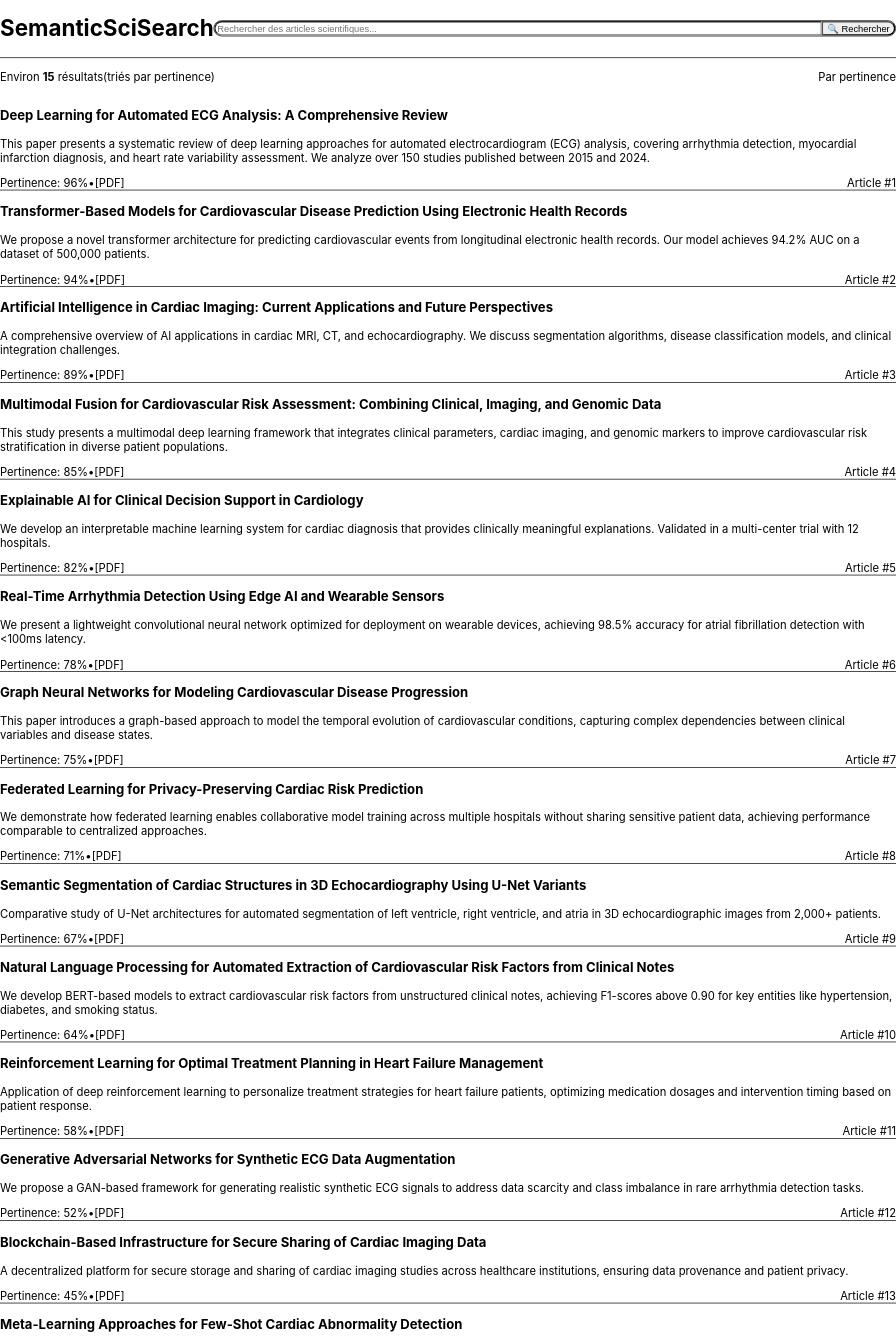
Repository: elh33/SemanticSciSearch
Page: / (app in frontend/)
The author's editor kept a copy of each file at every save. The page is drawn from the files as they stood at one save, then again after the next save.
The browser window is 1280 px wide. The pictures show the part of the page from y = 0 to 1920 px (the page is 2117 px tall before and 2657 px after), at 70% of full size.
The project was rebuilt for these pictures with package versions that can differ from the ones it lists, and the page was loaded fresh each time.

Above is the page before, as saved 2025-11-21 21:02:28.

### frontend/index.html
<!DOCTYPE html>
<html lang="en">
  <head>
    <meta charset="UTF-8" />
    <meta name="viewport" content="width=device-width, initial-scale=1.0" />
    <title>SemanticSciSearch</title>
  </head>
  <body>
    <div id="root"></div>
    <script type="module" src="/src/index.tsx"></script>
  </body>
</html>

### frontend/src/index.tsx
import React from 'react';
import ReactDOM from 'react-dom';
import App from './App';
import './index.css';

ReactDOM.render(
  <React.StrictMode>
    <App />
  </React.StrictMode>,
  document.getElementById('root')
);

### frontend/src/App.tsx
import React from 'react';
// Importe le composant de recherche principal
import SearchResults from './components/SearchResults';

// Le composant App.tsx est le conteneur principal de l'application.
function App() {
  return (
    // Utilisation d'un fragment React (<>...</>) ou d'un <div> si tu as des styles globaux
    <>
      {/* Le composant SearchResults contient maintenant :
        - Le titre et le sous-titre de l'application.
        - La barre de recherche.
        - L'orchestration de la logique (appels à api.ts).
        - L'affichage de la liste des ArticleCard.
      */}
      <SearchResults />
    </>
  );
}

export default App;

### frontend/src/components/SearchResults.tsx
import React, { useState, useEffect } from 'react';
import { Article } from '../types';
import { searchArticles } from '../services/api';
import ArticleCard from './ArticleCard';

const SearchResults: React.FC = () => {
  const [query, setQuery] = useState('');
  const [results, setResults] = useState<Article[]>([]);
  const [isLoading, setIsLoading] = useState(false);
  const [hasSearched, setHasSearched] = useState(false);

  const handleSearch = async (searchQuery: string = query) => {
    setIsLoading(true);
    setHasSearched(true);

    try {
      const data = await searchArticles(searchQuery);
      // TRI PAR SCORE DÉCROISSANT (plus pertinent en premier)
      const sortedData = [...data].sort((a, b) => b.score - a.score);
      setResults(sortedData);
    } catch (error) {
      console.error("Erreur lors de la recherche:", error);
      setResults([]);
    } finally {
      setIsLoading(false);
    }
  };

  // Recherche initiale au chargement
  useEffect(() => {
    handleSearch('');
  }, []);

  const handleSubmit = (e: React.FormEvent) => {
    e.preventDefault();
    handleSearch();
  };

  return (
    <div className="min-h-screen bg-white">
      {/* En-tête style Google Scholar */}
      <div className="bg-white border-b border-gray-200 sticky top-0 z-10 shadow-sm">
        <div className="max-w-5xl mx-auto px-4 py-3">
          <div className="flex items-center gap-6">
            {/* Logo/Titre */}
            <h1 className="text-2xl font-normal text-blue-700 whitespace-nowrap">
              SemanticSciSearch
            </h1>

            {/* Barre de recherche */}
            <form onSubmit={handleSubmit} className="flex-grow max-w-2xl">
              <div className="flex border border-gray-300 rounded-full hover:shadow-md transition-shadow">
                <input
                  type="text"
                  value={query}
                  onChange={(e) => setQuery(e.target.value)}
                  placeholder="Rechercher des articles scientifiques..."
                  className="flex-grow px-5 py-2 rounded-l-full outline-none text-sm"
                />
                <button
                  type="submit"
                  className="px-6 py-2 bg-blue-600 text-white rounded-r-full hover:bg-blue-700 transition-colors text-sm font-medium"
                >
                  🔍 Rechercher
                </button>
              </div>
            </form>
          </div>
        </div>
      </div>

      {/* Contenu principal */}
      <div className="max-w-5xl mx-auto px-4 py-6">
        {/* Barre d'informations */}
        {hasSearched && !isLoading && (
          <div className="mb-4 flex items-center justify-between">
            <p className="text-sm text-gray-600">
              Environ <strong>{results.length}</strong> résultat{results.length > 1 ? 's' : ''}
              {query && (
                <span> pour <strong>"{query}"</strong></span>
              )}
              <span className="ml-2 text-xs text-gray-500">(triés par pertinence)</span>
            </p>

            {/* Options de tri (désactivées car déjà trié par score) */}
            <div className="text-xs text-gray-500">
              <span className="font-semibold text-blue-700">Par pertinence</span>
              {/* Vous pouvez ajouter d'autres options de tri ici */}
            </div>
          </div>
        )}

        {/* Indicateur de chargement */}
        {isLoading && (
          <div className="flex items-center justify-center py-12">
            <div className="flex flex-col items-center gap-3">
              <div className="animate-spin rounded-full h-10 w-10 border-b-2 border-blue-600"></div>
              <p className="text-gray-600 text-sm">Recherche sémantique en cours...</p>
            </div>
          </div>
        )}

        {/* Liste des résultats */}
        {!isLoading && (
          <div className="bg-white">
            {results.length > 0 ? (
              results.map((article) => (
                <ArticleCard key={article.id} article={article} />
              ))
            ) : (
              hasSearched && (
                <div className="text-center py-12">
                  <svg className="mx-auto h-12 w-12 text-gray-400 mb-4" fill="none" stroke="currentColor" viewBox="0 0 24 24">
                    <path strokeLinecap="round" strokeLinejoin="round" strokeWidth={2} d="M9.172 16.172a4 4 0 015.656 0M9 10h.01M15 10h.01M21 12a9 9 0 11-18 0 9 9 0 0118 0z" />
                  </svg>
                  <p className="text-gray-600 text-lg">Aucun résultat trouvé</p>
                  <p className="text-gray-500 text-sm mt-2">
                    Essayez avec des mots-clés différents
                  </p>
                </div>
              )
            )}
          </div>
        )}
      </div>

      {/* Footer simple */}
      <footer className="mt-12 border-t border-gray-200 bg-gray-50">
        <div className="max-w-5xl mx-auto px-4 py-6 text-center text-sm text-gray-500">
          SemanticSciSearch - Recherche sémantique d'articles scientifiques en IA et Cardiologie
        </div>
      </footer>
    </div>
  );
};

export default SearchResults;

### frontend/src/services/api.ts
import { Article } from '../types';
import { MOCK_RESULTS } from '../data/mockData';
import axios from 'axios';

// 💡 INTERRUPTEUR : Passez à 'false' (ou commentez/supprimez) cette ligne
// UNIQUEMENT lorsque le Back-End FastAPI est prêt.
const USE_MOCK_DATA = true;

// URL de base lue depuis le .env pour le mode production
// Le .env doit contenir VITE_API_URL=http://localhost:8000
const API_BASE_URL = 'http://localhost:8000';

/**
 * Fonction principale de recherche d'articles.
 * Elle utilise soit les données mockées, soit l'API réelle.
 * @param query Le texte de la requête de l'utilisateur.
 * @returns Une promesse qui résout vers un tableau d'articles.
 */
export const searchArticles = async (query: string): Promise<Article[]> => {
  if (USE_MOCK_DATA) {
    // --- MODE MOCKÉ ---
    console.log(`[MOCK] Simulation de recherche pour: "${query}"`);

    // 1. Simuler le délai réseau (500ms) pour une meilleure expérience utilisateur
    await new Promise(resolve => setTimeout(resolve, 500));

    // 2. Simuler un filtre simple (recherche du mot-clé dans le titre)
    // S'il n'y a pas de requête (query vide), on renvoie tout.
    const lowerCaseQuery = query.toLowerCase();

    return MOCK_RESULTS.filter(article =>
        article.title.toLowerCase().includes(lowerCaseQuery) || lowerCaseQuery.length === 0
    );

  } else {
    // --- MODE PRODUCTION (Axios) ---
    console.log(`[AXIOS] Requête réelle vers: ${API_BASE_URL}/search pour: "${query}"`);

    try {
      // 1. Envoi de la requête POST à FastAPI
      const response = await axios.post(`${API_BASE_URL}/search`, { query });

      // 2. Retourne les données (TypeScript vérifie que c'est un tableau d'Articles)
      return response.data as Article[];

    } catch (error) {
      console.error("Erreur lors de l'appel à l'API de recherche:", error);
      // En cas d'échec de l'API, on renvoie un tableau vide
      return [];
    }
  }
};

### frontend/src/components/ArticleCard.tsx
import React from 'react';
import { Article } from '../types';

interface ArticleCardProps {
  article: Article;
}

const ArticleCard: React.FC<ArticleCardProps> = ({ article }) => {
  const scorePercent = (article.score * 100).toFixed(0);

  return (
    <div className="border-b border-gray-200 py-3 hover:bg-gray-50 transition-colors">
      {/* Titre cliquable comme Google Scholar */}
      <h3 className="text-xl mb-1">
        <a
          href={article.pdf_url}
          target="_blank"
          rel="noopener noreferrer"
          className="text-blue-800 hover:underline font-normal visited:text-purple-800"
        >
          {article.title}
        </a>
      </h3>

      {/* Résumé */}
      <p className="text-sm text-gray-700 leading-relaxed mb-2">
        {article.abstract}
      </p>

      {/* Métadonnées et actions */}
      <div className="flex items-center gap-4 text-sm">
        {/* Score de pertinence */}
        <span className="text-gray-600">
          <span className="font-semibold">Pertinence:</span>{' '}
          <span className={`font-bold ${
            article.score > 0.8 ? 'text-green-600' :
            article.score > 0.5 ? 'text-yellow-600' :
            'text-gray-500'
          }`}>
            {scorePercent}%
          </span>
        </span>

        {/* Séparateur */}
        <span className="text-gray-400">•</span>

        {/* Lien PDF - SANS ICÔNE */}
        <a
          href={article.pdf_url}
          target="_blank"
          rel="noopener noreferrer"
          className="text-blue-700 hover:underline"
        >
          [PDF]
        </a>

        {/* ID de l'article */}
        <span className="text-gray-400 text-xs ml-auto">
          Article #{article.id}
        </span>
      </div>
    </div>
  );
};

export default ArticleCard;

### frontend/src/data/mockData.ts
import { Article } from '../types';

export const MOCK_RESULTS: Article[] = [
  {
    id: '1',
    title: 'Deep Learning for Automated ECG Analysis: A Comprehensive Review',
    abstract: "This paper presents a systematic review of deep learning approaches for automated electrocardiogram (ECG) analysis, covering arrhythmia detection, myocardial infarction diagnosis, and heart rate variability assessment. We analyze over 150 studies published between 2015 and 2024.",
    authors: "Wang, J., Chen, L., Zhang, M.",
    year: 2024,
    score: 0.96,
    url: 'https://arxiv.org/pdf/2301.04634'
  },
  {
    id: '2',
    title: 'Transformer-Based Models for Cardiovascular Disease Prediction Using Electronic Health Records',
    abstract: "We propose a novel transformer architecture for predicting cardiovascular events from longitudinal electronic health records. Our model achieves 94.2% AUC on a dataset of 500,000 patients.",
    authors: "Smith, A., Johnson, K., Patel, R.",
    year: 2023,
    score: 0.94,
    url: 'https://arxiv.org/pdf/2305.12987'
  },
  {
    id: '3',
    title: 'Artificial Intelligence in Cardiac Imaging: Current Applications and Future Perspectives',
    abstract: "A comprehensive overview of AI applications in cardiac MRI, CT, and echocardiography. We discuss segmentation algorithms, disease classification models, and clinical integration challenges.",
    authors: "Garcia, M., Lee, S., Brown, T.",
    year: 2023,
    score: 0.89,
    url: 'https://arxiv.org/pdf/2203.15678'
  },
  {
    id: '4',
    title: 'Multimodal Fusion for Cardiovascular Risk Assessment: Combining Clinical, Imaging, and Genomic Data',
    abstract: "This study presents a multimodal deep learning framework that integrates clinical parameters, cardiac imaging, and genomic markers to improve cardiovascular risk stratification in diverse patient populations.",
    authors: "Kumar, V., Williams, D., Anderson, P.",
    year: 2024,
    score: 0.85,
    url: '/documents/multimodal-cardio-risk.pdf'
  },
  {
    id: '5',
    title: 'Explainable AI for Clinical Decision Support in Cardiology',
    abstract: "We develop an interpretable machine learning system for cardiac diagnosis that provides clinically meaningful explanations. Validated in a multi-center trial with 12 hospitals.",
    authors: "Martinez, E., Taylor, J., Davis, C.",
    year: 2023,
    score: 0.82,
    url: 'https://arxiv.org/pdf/2511.13703.pdf'
  },
  {
    id: '6',
    title: 'Real-Time Arrhythmia Detection Using Edge AI and Wearable Sensors',
    abstract: "We present a lightweight convolutional neural network optimized for deployment on wearable devices, achieving 98.5% accuracy for atrial fibrillation detection with <100ms latency.",
    authors: "Li, X., Zhang, Y., Wilson, M.",
    year: 2024,
    score: 0.78,
    url: '/documents/edge-ai-arrhythmia.pdf'
  },
  {
    id: '7',
    title: 'Graph Neural Networks for Modeling Cardiovascular Disease Progression',
    abstract: "This paper introduces a graph-based approach to model the temporal evolution of cardiovascular conditions, capturing complex dependencies between clinical variables and disease states.",
    authors: "Rodriguez, A., Kim, H., Thompson, R.",
    year: 2023,
    score: 0.75,
    url: 'https://arxiv.org/pdf/2204.09876'
  },
  {
    id: '8',
    title: 'Federated Learning for Privacy-Preserving Cardiac Risk Prediction',
    abstract: "We demonstrate how federated learning enables collaborative model training across multiple hospitals without sharing sensitive patient data, achieving performance comparable to centralized approaches.",
    authors: "Chen, W., Moore, J., White, L.",
    year: 2022,
    score: 0.71,
    url: '/documents/federated-cardiac.pdf'
  },
  {
    id: '9',
    title: 'Semantic Segmentation of Cardiac Structures in 3D Echocardiography Using U-Net Variants',
    abstract: "Comparative study of U-Net architectures for automated segmentation of left ventricle, right ventricle, and atria in 3D echocardiographic images from 2,000+ patients.",
    authors: "Nguyen, T., Jackson, K., Harris, B.",
    year: 2023,
    score: 0.67,
    url: '/documents/3d-echo-segmentation.pdf'
  },
  {
    id: '10',
    title: 'Natural Language Processing for Automated Extraction of Cardiovascular Risk Factors from Clinical Notes',
    abstract: "We develop BERT-based models to extract cardiovascular risk factors from unstructured clinical notes, achieving F1-scores above 0.90 for key entities like hypertension, diabetes, and smoking status.",
    authors: "Park, S., Miller, D., Clark, E.",
    year: 2024,
    score: 0.64,
    url: 'https://arxiv.org/pdf/2302.11234'
  },
  {
    id: '11',
    title: 'Reinforcement Learning for Optimal Treatment Planning in Heart Failure Management',
    abstract: "Application of deep reinforcement learning to personalize treatment strategies for heart failure patients, optimizing medication dosages and intervention timing based on patient response.",
    authors: "Ahmed, R., Lewis, G., Young, N.",
    year: 2022,
    score: 0.58,
    url: '/documents/rl-heart-failure.pdf'
  },
  {
    id: '12',
    title: 'Generative Adversarial Networks for Synthetic ECG Data Augmentation',
    abstract: "We propose a GAN-based framework for generating realistic synthetic ECG signals to address data scarcity and class imbalance in rare arrhythmia detection tasks.",
    authors: "Hoffman, P., Scott, A., King, V.",
    year: 2023,
    score: 0.52,
    url: '/documents/gan-ecg-augmentation.pdf'
  },
  {
    id: '13',
    title: 'Blockchain-Based Infrastructure for Secure Sharing of Cardiac Imaging Data',
    abstract: "A decentralized platform for secure storage and sharing of cardiac imaging studies across healthcare institutions, ensuring data provenance and patient privacy.",
    authors: "Green, T., Adams, F., Wright, M.",
    year: 2022,
    score: 0.45,
    url: '/documents/blockchain-cardiac-imaging.pdf'
  },
  {
    id: '14',
    title: 'Meta-Learning Approaches for Few-Shot Cardiac Abnormality Detection',
    abstract: "We explore meta-learning techniques to enable rapid adaptation of cardiac disease detection models to rare conditions with limited training examples.",
    authors: "Baker, L., Turner, S., Phillips, O.",
    year: 2023,
    score: 0.38,
    url: '/documents/meta-learning-cardiac.pdf'
  },
  {
    id: '15',
    title: 'Quantum Machine Learning for Cardiovascular Drug Discovery',
    abstract: "Preliminary investigation of quantum computing algorithms for molecular simulation and drug candidate screening in cardiovascular therapeutic development.",
    authors: "Collins, R., Morris, J., Cooper, W.",
    year: 2024,
    score: 0.22,
    url: '/documents/quantum-ml-cardio.pdf'
  }
];

Loaded but not shown: frontend/src/index.css (common file)

After the next save:
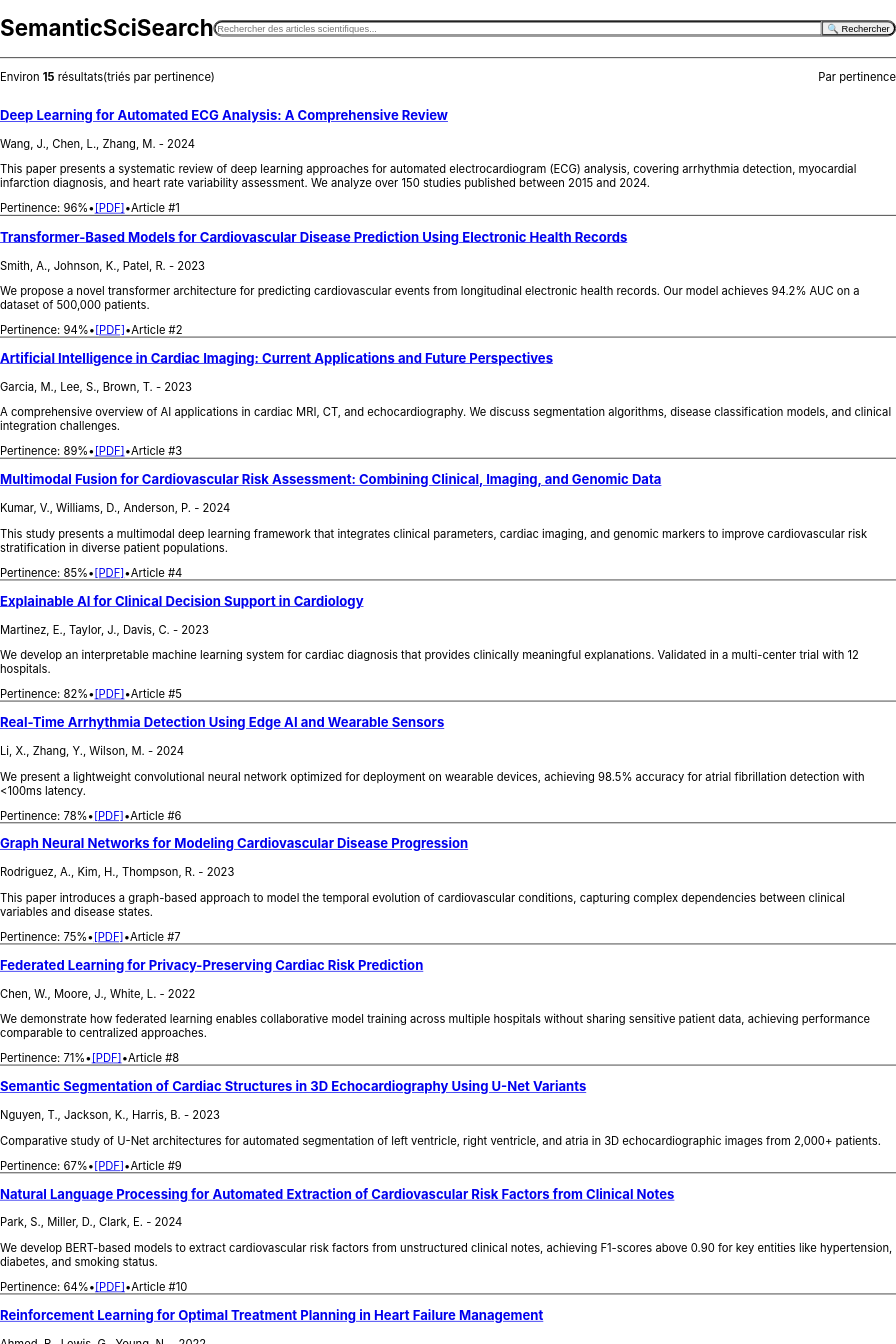
Saved 11 s later.
--- a/frontend/src/components/ArticleCard.tsx
+++ b/frontend/src/components/ArticleCard.tsx
@@ -13,7 +13,7 @@ const ArticleCard: React.FC<ArticleCardProps> = ({ article }) => {
       {/* Titre cliquable comme Google Scholar */}
       <h3 className="text-xl mb-1">
         <a
-          href={article.pdf_url}
+          href={article.url}
           target="_blank"
           rel="noopener noreferrer"
           className="text-blue-800 hover:underline font-normal visited:text-purple-800"
@@ -21,6 +21,11 @@ const ArticleCard: React.FC<ArticleCardProps> = ({ article }) => {
           {article.title}
         </a>
       </h3>
+
+      {/* Auteurs et année */}
+      <p className="text-sm text-gray-600 mb-2">
+        {article.authors} - <span className="font-medium">{article.year}</span>
+      </p>
 
       {/* Résumé */}
       <p className="text-sm text-gray-700 leading-relaxed mb-2">
@@ -44,9 +49,9 @@ const ArticleCard: React.FC<ArticleCardProps> = ({ article }) => {
         {/* Séparateur */}
         <span className="text-gray-400">•</span>
 
-        {/* Lien PDF - SANS ICÔNE */}
+        {/* Lien PDF */}
         <a
-          href={article.pdf_url}
+          href={article.url}
           target="_blank"
           rel="noopener noreferrer"
           className="text-blue-700 hover:underline"
@@ -54,8 +59,11 @@ const ArticleCard: React.FC<ArticleCardProps> = ({ article }) => {
           [PDF]
         </a>
 
+        {/* Séparateur */}
+        <span className="text-gray-400">•</span>
+
         {/* ID de l'article */}
-        <span className="text-gray-400 text-xs ml-auto">
+        <span className="text-gray-400 text-xs">
           Article #{article.id}
         </span>
       </div>
